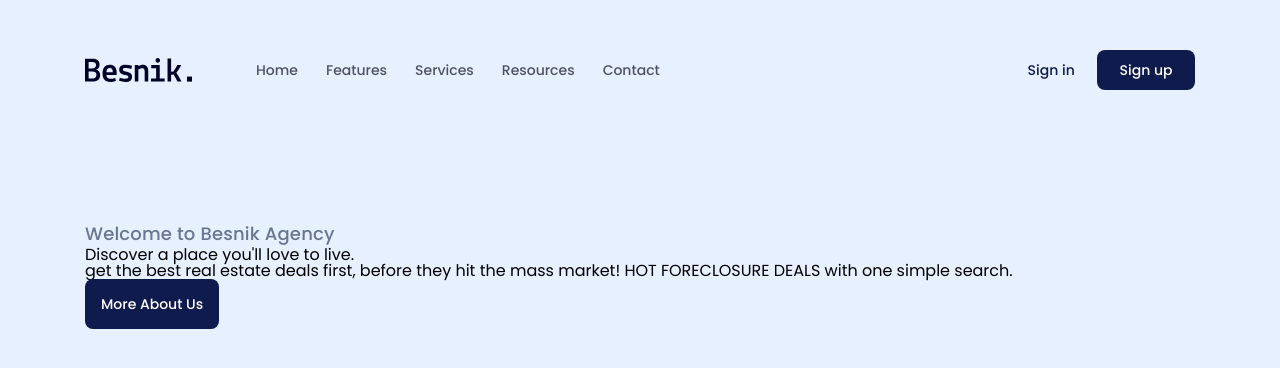
Repository: trungnguyen131/froject-01
Page: index.html
An editor plug-in stored every save of this project. The page is shown before and after the next save, followed by the edit.
The browser window is 1280 px wide. The pictures show the whole page.

Above is the page before, as saved 2024-02-25 23:32:52.

### index.html
<!DOCTYPE html>
<html lang="en">
<head>
    <meta charset="UTF-8">
    <meta name="viewport" content="width=device-width, initial-scale=1.0">
    <title>Project 01</title>
    <link rel="stylesheet" href="./assets/css/reset.css">
    <link rel="stylesheet" href="./assets/fonts/stylesheet.css">
    <link rel="stylesheet" href="./assets/css/style.css">
</head>
<body>
    <main>
        <!-- Header -->
        <header class="header">
            <div class="content">
                <nav class="navbar">
                    <!-- Logo -->
                    <img src="./assets/img/logo.svg" alt="Besnik.">
                    <!-- Navigation -->
                    <ul>
                        <li><a href="#!">Home</a></li>
                        <li><a href="#!">Features</a></li>
                        <li><a href="#!">Services</a></li>
                        <li><a href="#!">Resources</a></li>
                        <li><a href="#!">Contact</a></li>
                    </ul>
                    <!-- Action -->
                    <div class="actions">
                        <a href="#!" class="action-link">Sign in</a>
                        <a href="#!" class="btn action-btn">Sign up</a>
                    </div>
                </nav>
                <div class="hero">
                    <div class="info">
                        <p class="sub-title">Welcome to Besnik Agency</p>
                        <h1 class="title">Discover a place
                            you'll love to live.</h1>
                        <p class="desc">get the best real estate deals first,
                            before they hit the mass market! HOT FORECLOSURE DEALS with one simple search.</p>
                        <a href="#!" class="btn">More About Us</a>
                    </div>
                </div>
            </div>
        </header>
    </main>
</body>
</html>

### assets/fonts/stylesheet.css
/* ========================= Poppins =========================  */
@font-face {
    font-family: 'Poppins';
    src: url('Poppins/Poppins-SemiBold.woff2') format('woff2'),
        url('Poppins/Poppins-SemiBold.woff') format('woff');
    font-weight: 600;
    font-style: normal;
    font-display: swap;
}

@font-face {
    font-family: 'Poppins';
    src: url('Poppins/Poppins-Regular.woff2') format('woff2'),
        url('Poppins/Poppins-Regular.woff') format('woff');
    font-weight: normal;
    font-style: normal;
    font-display: swap;
}

@font-face {
    font-family: 'Poppins';
    src: url('Poppins/Poppins-MediumItalic.woff2') format('woff2'),
        url('Poppins/Poppins-MediumItalic.woff') format('woff');
    font-weight: 500;
    font-style: italic;
    font-display: swap;
}

@font-face {
    font-family: 'Poppins';
    src: url('Poppins/Poppins-Thin.woff2') format('woff2'),
        url('Poppins/Poppins-Thin.woff') format('woff');
    font-weight: 100;
    font-style: normal;
    font-display: swap;
}

@font-face {
    font-family: 'Poppins';
    src: url('Poppins/Poppins-ThinItalic.woff2') format('woff2'),
        url('Poppins/Poppins-ThinItalic.woff') format('woff');
    font-weight: 100;
    font-style: italic;
    font-display: swap;
}

@font-face {
    font-family: 'Poppins';
    src: url('Poppins/Poppins-Black.woff2') format('woff2'),
        url('Poppins/Poppins-Black.woff') format('woff');
    font-weight: 900;
    font-style: normal;
    font-display: swap;
}

@font-face {
    font-family: 'Poppins';
    src: url('Poppins/Poppins-Bold.woff2') format('woff2'),
        url('Poppins/Poppins-Bold.woff') format('woff');
    font-weight: bold;
    font-style: normal;
    font-display: swap;
}

@font-face {
    font-family: 'Poppins';
    src: url('Poppins/Poppins-SemiBoldItalic.woff2') format('woff2'),
        url('Poppins/Poppins-SemiBoldItalic.woff') format('woff');
    font-weight: 600;
    font-style: italic;
    font-display: swap;
}

@font-face {
    font-family: 'Poppins';
    src: url('Poppins/Poppins-BlackItalic.woff2') format('woff2'),
        url('Poppins/Poppins-BlackItalic.woff') format('woff');
    font-weight: 900;
    font-style: italic;
    font-display: swap;
}

@font-face {
    font-family: 'Poppins';
    src: url('Poppins/Poppins-ExtraBoldItalic.woff2') format('woff2'),
        url('Poppins/Poppins-ExtraBoldItalic.woff') format('woff');
    font-weight: bold;
    font-style: italic;
    font-display: swap;
}

@font-face {
    font-family: 'Poppins';
    src: url('Poppins/Poppins-ExtraBold.woff2') format('woff2'),
        url('Poppins/Poppins-ExtraBold.woff') format('woff');
    font-weight: bold;
    font-style: normal;
    font-display: swap;
}

@font-face {
    font-family: 'Poppins';
    src: url('Poppins/Poppins-ExtraLightItalic.woff2') format('woff2'),
        url('Poppins/Poppins-ExtraLightItalic.woff') format('woff');
    font-weight: 200;
    font-style: italic;
    font-display: swap;
}

@font-face {
    font-family: 'Poppins';
    src: url('Poppins/Poppins-ExtraLight.woff2') format('woff2'),
        url('Poppins/Poppins-ExtraLight.woff') format('woff');
    font-weight: 200;
    font-style: normal;
    font-display: swap;
}

@font-face {
    font-family: 'Poppins';
    src: url('Poppins/Poppins-BoldItalic.woff2') format('woff2'),
        url('Poppins/Poppins-BoldItalic.woff') format('woff');
    font-weight: bold;
    font-style: italic;
    font-display: swap;
}

@font-face {
    font-family: 'Poppins';
    src: url('Poppins/Poppins-Italic.woff2') format('woff2'),
        url('Poppins/Poppins-Italic.woff') format('woff');
    font-weight: normal;
    font-style: italic;
    font-display: swap;
}

@font-face {
    font-family: 'Poppins';
    src: url('Poppins/Poppins-Medium.woff2') format('woff2'),
        url('Poppins/Poppins-Medium.woff') format('woff');
    font-weight: 500;
    font-style: normal;
    font-display: swap;
}

@font-face {
    font-family: 'Poppins';
    src: url('Poppins/Poppins-LightItalic.woff2') format('woff2'),
        url('Poppins/Poppins-LightItalic.woff') format('woff');
    font-weight: 300;
    font-style: italic;
    font-display: swap;
}

@font-face {
    font-family: 'Poppins';
    src: url('Poppins/Poppins-Light.woff2') format('woff2'),
        url('Poppins/Poppins-Light.woff') format('woff');
    font-weight: 300;
    font-style: normal;
    font-display: swap;
}

### assets/css/style.css
* {
    box-sizing: border-box;
}

:root {
    --primary-color: #0f1b4c;
}

html {
    font-size: 62.5%;;
}

body {
    font-size: 1.6rem;
    font-family: 'Poppins', sans-serif;
}

/* Common */
a {
    text-decoration: none;
}
.content {
    width: 1110px;
    max-width: calc(100% - 48px);
    margin-left: auto;
    margin-right:auto;
}
.btn {
    min-width: 98px;
    background-color: var(--primary-color);
    border-radius: 8px;
    color: #FFF;
    text-align: center;
    font-size: 1.4rem;
    font-weight: 500;
    display: inline-block;
    padding: 18px 16px;
}
/* Header */
.header {
    height: 100vh;
    background: #E6F0FF;
}

.navbar {
    display: flex;
    align-items: center;
    padding-top: 50px;
}

.navbar ul {
    display: flex;
    margin-left: 50px;
}

.navbar .actions {
    margin-left: auto;
}

.navbar ul a {
    font-size: 1.4rem;
    font-weight: 500;
    color: #4F5361;
    padding: 8px 14px;
}

.navbar .action-link {
    font-size: 1.4rem;
    font-weight: 500;
    color: var(--primary-color);
}

.navbar .action-btn {
    padding: 13px 16px;
    margin-left: 18px;
}

.hero {
    margin-top: 130px;
}

.hero .sub-title {
    color: #687690;
    font-size: 1.8rem;
    font-weight: 500;
    line-height: normal;
    letter-spacing: 0.18px;
}

Loaded but not shown: assets/css/reset.css (common file)

After the next save:
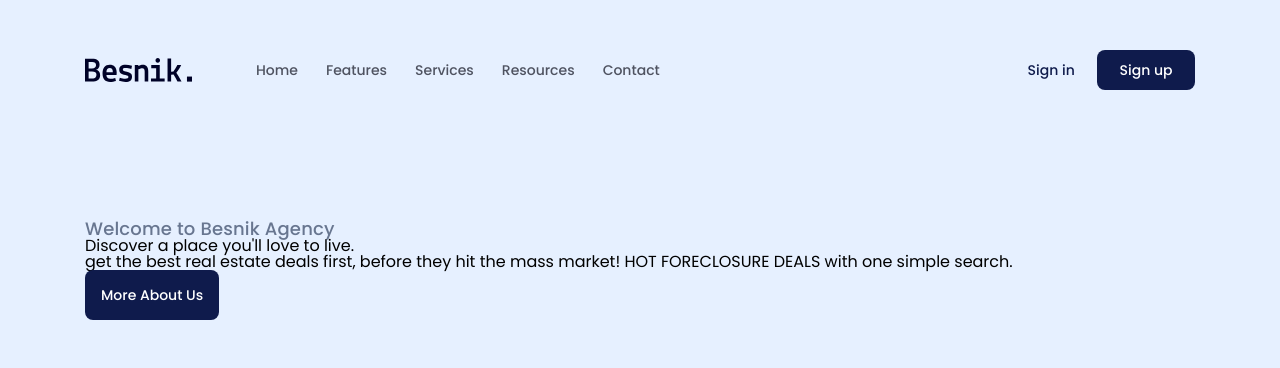
Saved 19 s later.
--- a/assets/css/style.css
+++ b/assets/css/style.css
@@ -83,6 +83,6 @@
     color: #687690;
     font-size: 1.8rem;
     font-weight: 500;
-    line-height: normal;
+    line-height: nor;
     letter-spacing: 0.18px;
 }

After the 4 saves that followed:
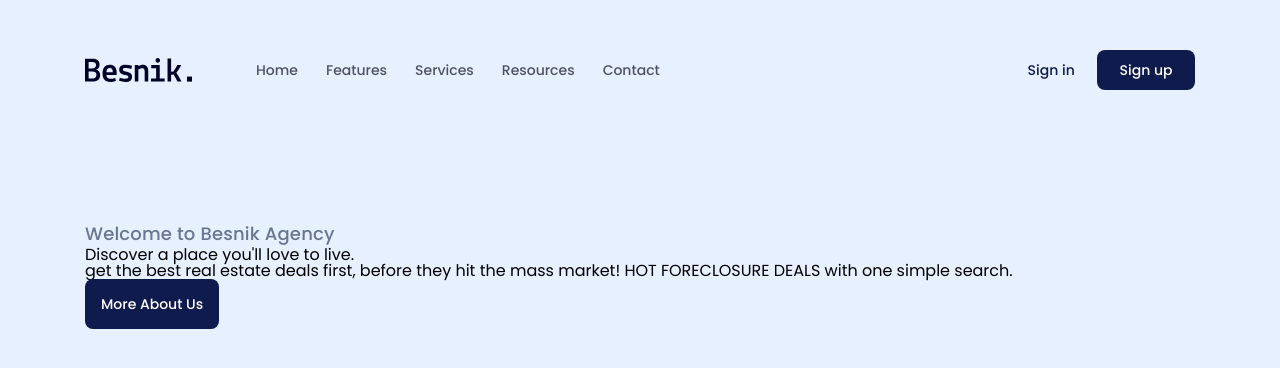
The 4 saves are shown as one change because 1 left the picture as it was and some came seconds apart.
The last was saved 21 s later.
--- a/assets/css/style.css
+++ b/assets/css/style.css
@@ -83,6 +83,6 @@
     color: #687690;
     font-size: 1.8rem;
     font-weight: 500;
-    line-height: nor;
+    line-height: 1.5;
     letter-spacing: 0.18px;
 }
